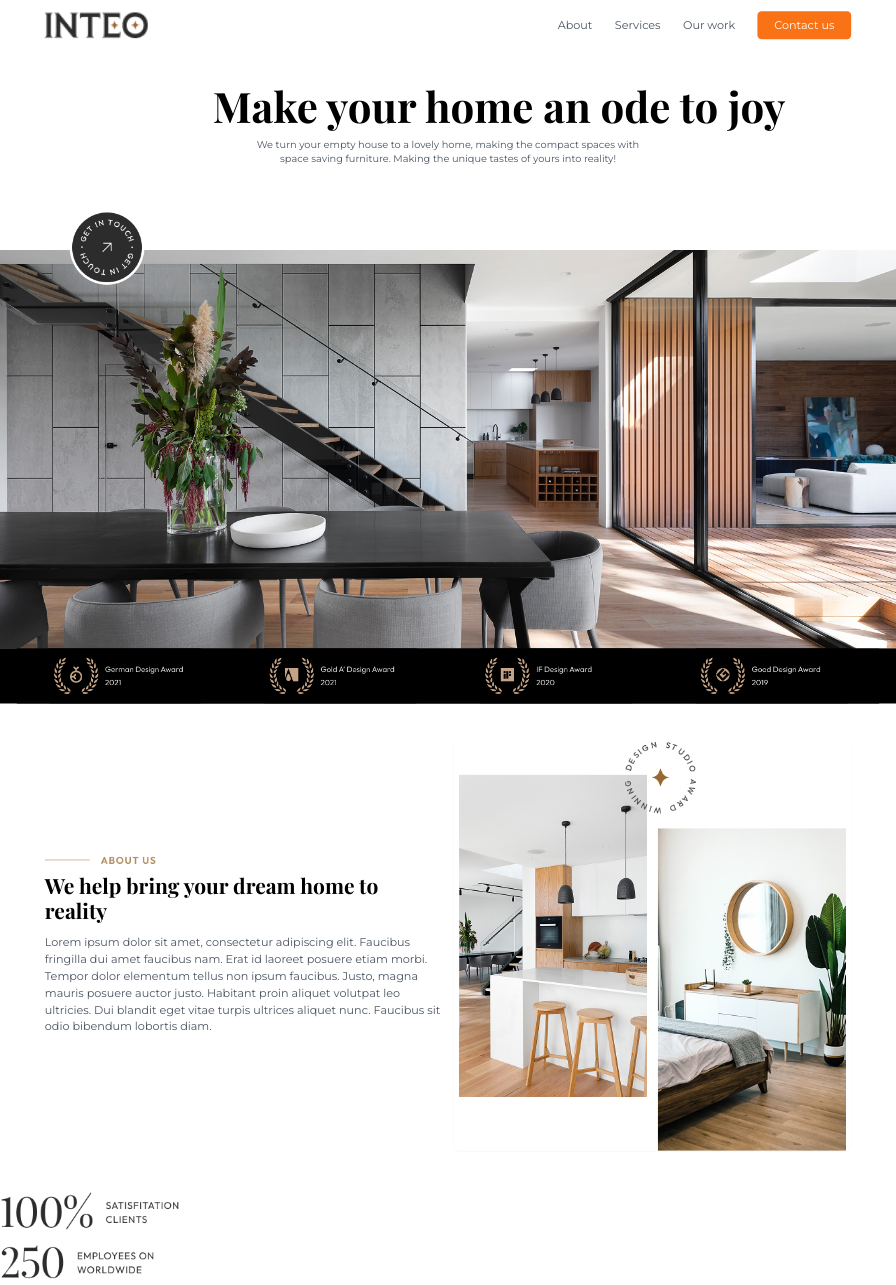
Repository: CatherinneJ/responsive-tailwind-website
Page: tailwind.html
The author's editor kept a copy of each file at every save. The page is drawn from the files as they stood at one save, then again after the next save.
The browser window is 1280 px wide. The pictures show the whole page, at 70% of full size.
Some web libraries are served in a nearby version.

Above is the page before, as saved 2025-05-21 19:37:14.

### tailwind.html
<!DOCTYPE html>
<html lang="en">

<head>
    <meta charset="UTF-8">
    <meta name="viewport" content="width=device-width, initial-scale=1.0">
    <title>NTEO - Make your home an ode to joy</title>
    <script src="https://cdn.tailwindcss.com"></script>
    <link
        href="https://fonts.googleapis.com/css2?family=Playfair+Display:wght@400;700&family=Montserrat:wght@300;400;500;600&display=swap"
        rel="stylesheet">
    <style>
        .font-playfair {
            font-family: 'Playfair Display', serif;
        }

        body {
            font-family: 'Montserrat', sans-serif;
        }
    </style>
</head>

<body class="bg-white">
    <header class="py-3 px-4 sm:py-4 sm:px-6 lg:px-16">
        <nav class="flex justify-between items-center">
            <img src="./Assets/Logo.png" alt="logo" class="h-8 sm:h-10">
            <ul class="flex space-x-4 sm:space-x-6 md:space-x-8 items-center">
                <li class="hidden sm:inline-block text-gray-600 hover:text-black text-sm sm:text-base">About</li>
                <li class="hidden sm:inline-block text-gray-600 hover:text-black text-sm sm:text-base">Services</li>
                <li class="hidden md:inline-block text-gray-600 hover:text-black text-sm sm:text-base">Our work</li>
                <li
                    class="bg-orange-500 text-white px-4 py-1 sm:px-6 sm:py-2 rounded-md hover:bg-orange-600 text-sm sm:text-base">
                    Contact us</li>
            </ul>
        </nav>
    </header>
    <section
        class="flex flex-col items-center justify-center px-4 sm:px-6 lg:px-16 pt-6 pb-3 sm:pt-8 sm:pb-4 md:pt-12 md:pb-8 text-center">
        <h1
            class="text-3xl sm:text-4xl md:text-5xl lg:text-6xl font-bold whitespace-normal sm:whitespace-nowrap font-playfair mb-3 sm:mb-4 max-w-2xl">
            Make your home an ode to joy
        </h1>

        <p class="text-base sm:text-lg md:text-sm text-gray-600 mb-6 sm:mb-8 max-w-md sm:max-w-xl">
            We turn your empty house to a lovely home, making the compact spaces with space saving furniture. Making the
            unique tastes of yours into reality!
        </p>
    </section>

    <section class="mt-0">
        <img src="./Assets/Creative.png" class="w-full sm:whitespace-wrap" alt="Creative">
    </section>

    <section id="awards" class=" bg-black mt-0 sm:px-6">
        <div class="grid grid-cols-1 md:grid-cols-2 bg-black lg:grid-cols-4 gap-4 px-2 bg-black">

            <img src="./Assets/Awards1.png" class="w-2/3 sm:w-2/3 md:w-3/5 lg:w-3/4 mx-auto bg-black p-2 rounded-sm "
                alt="award1">
            <img src="./Assets/Awards 2.png" class="w-2/3 sm:w-2/3 md:w-3/5 lg:w-3/4 mx-auto bg-black p-2 rounded-sm"
                alt="award2">
            <img src="./Assets/Awards 3.png" class="w-2/3 sm:w-2/3 md:w-3/5 lg:w-3/4 mx-auto bg-black p-2 rounded-sm"
                alt="award3">
            <img src="./Assets/Awards 4.png" class="w-2/3 sm:w-2/2 md:w-3/5 lg:w-3/4 mx-auto bg-black p-2 rounded-sm"
                alt="award4">

        </div>
    </section>

    <section class="flex flex-col md:flex-row items-center gap-3 sm:gap-4 px-4 sm:px-6 lg:px-16 py-6 sm:py-8 md:py-12">
        <div class="md:w-1/2 order-2 md:order-1 mt-4 md:mt-0">

            <img src="./Assets/Eyebrow.png" class="mb-2 h-6 sm:h-4 md:h-5" alt="About us">

            <h2 class="text-xl sm:text-2xl md:text-3xl font-playfair font-bold mb-3 sm:mb-4">
                We help bring your dream home to reality
            </h2>
            <p class="text-gray-600 text-sm sm:text-base">
                Lorem ipsum dolor sit amet, consectetur adipiscing elit. Faucibus fringilla dui amet faucibus nam. Erat
                id laoreet posuere etiam morbi. Tempor dolor elementum tellus non ipsum faucibus. Justo, magna mauris
                posuere auctor justo. Habitant proin aliquet volutpat leo ultricies. Dui blandit eget vitae turpis
                ultrices aliquet nunc. Faucibus sit odio bibendum lobortis diam.
            </p>
        </div>
        <div class="md:w-1/2 order-1 md:order-2">
            <img src="./Assets/Section.png" alt="Home design" class="w-full rounded-lg shadow-sm">
        </div>
    </section>
    <search>
        <h3>
            <ul>
                <li><img src="./Assets/Metric Item.png" alt="metric1"></li>
                <li><img src="./Assets/Metric Item (1).png" alt="metric2"></li>
            </ul>
        </h3>
    </search>
</body>

</html>

After the next save:
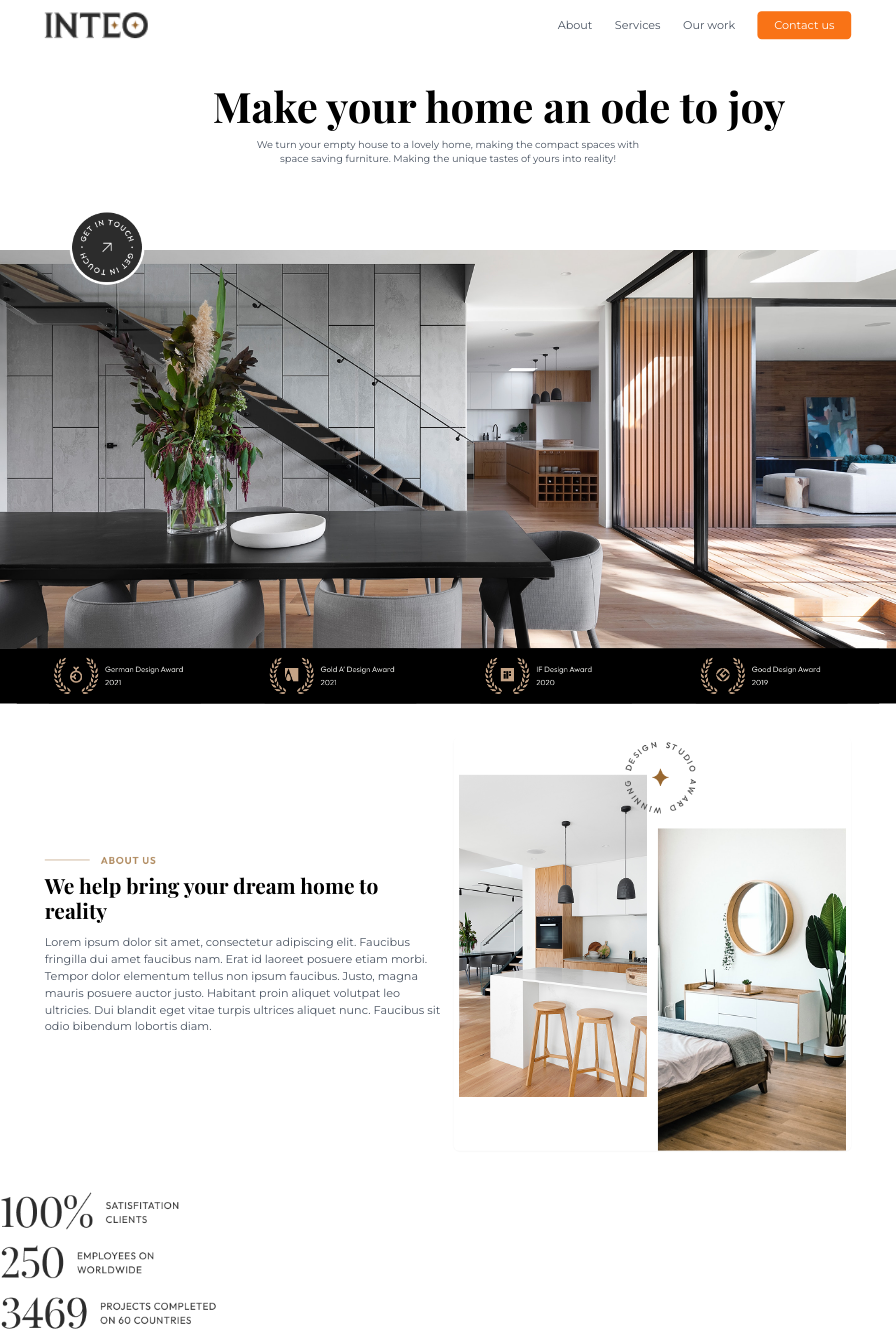
Saved 17 s later.
--- a/tailwind.html
+++ b/tailwind.html
@@ -90,6 +90,7 @@
             <ul>
                 <li><img src="./Assets/Metric Item.png" alt="metric1"></li>
                 <li><img src="./Assets/Metric Item (1).png" alt="metric2"></li>
+                <li><img src="./Assets/Metric Item (2).png" alt="metric3"></li>
             </ul>
         </h3>
     </search>
